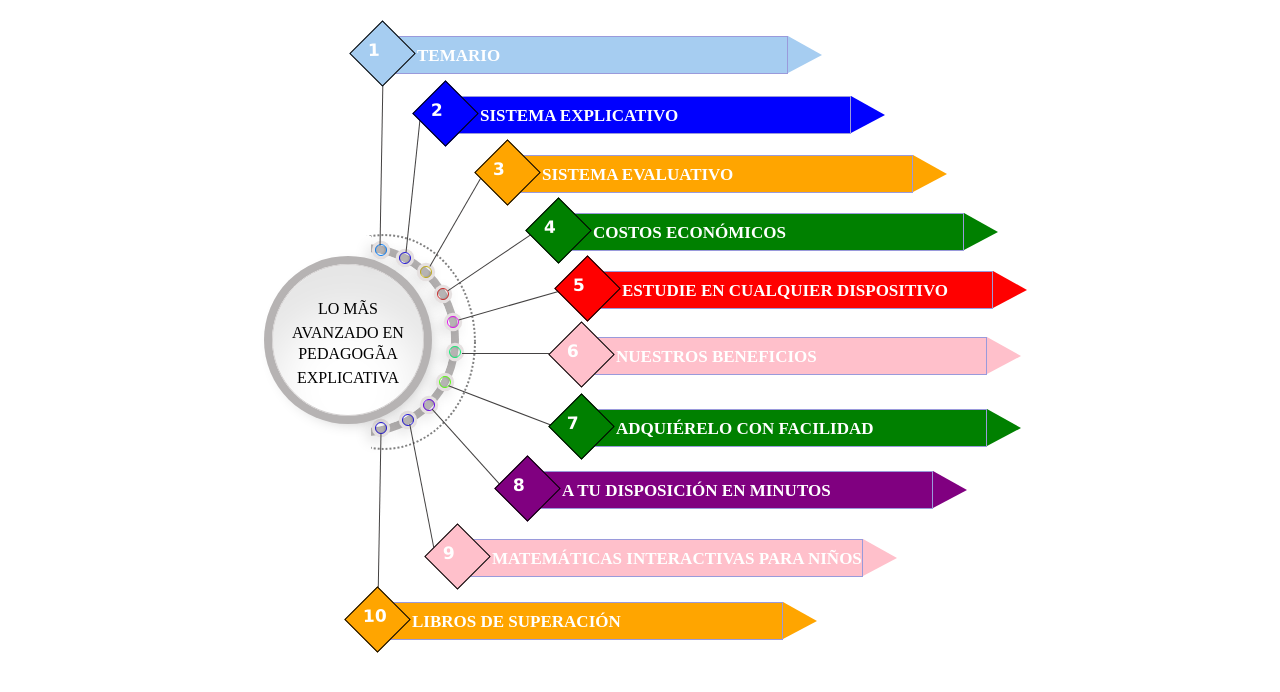
Repository: jennymoreno94/Menu
Page: index.html
These files come from the project's save history. The page is drawn as it stood at one moment and after the next save; the edit follows.
The browser window is 1280 px wide. The pictures show the whole page.

Above is the page before, as saved 2021-08-01 22:25:56.

### index.html
<!DOCTYPE html>
<html lang=”en”>

<head>
  <link rel="stylesheet" href="estilo.css">
  <meta charset=”UTF-8″ />
  <title>Menu</title>
</head>
<body>
  <container>
    <div class="circulo-completo">
      <div class="circle-menu">
        <p>LO MÁS AVANZADO EN PEDAGOGÍA EXPLICATIVA</p>
      </div>
      <div id="circulo" class="circle-menus derecha"></div>
    </div>
    <div class="circle-punto derecha"> </div>
  </container>
</body>
<script type="text/javascript" src="menu.js"></script>

</html>

### estilo.css
:root{
    --color: rgb(154, 154, 219);
}

.circulo-completo {
    margin: 250px;
}

.circle-menu {
    position: relative;
    width: 150px;
    height: 150px;
    border: 1px solid rgb(211, 208, 208);
    border-radius: 50%;
    box-shadow: inset 0 3em 3em rgba(0, 0, 0, 0.1), 0 0 0 0.5rem rgb(182, 179, 179), 0.3em 0.3em 1em rgba(0, 0, 0, 0.3);
    float: left;
    z-index: 7;
    margin: 14px;
}

p {
    padding: 1rem;
    text-align: center;
}

.circle-menus {
    position: relative;
    background-color: gray;
    width: 180px;
    height: 180px;
    border-radius: 50% 50%;
    margin-left: -165px;
    float: left;
    z-index: 6;
}

.circle-menus::before {
    position: absolute;
    content: "";
    top: 1%;
    left: 1%;
    background-color: #fff;
    height: 98%;
    width: 98%;
    border-radius: 50% 50%;
    box-shadow: inset 0 3em 3em rgb(255, 255, 255), 0 0 0 0.5rem rgb(182, 179, 179), 0.3em 0.3em 1em rgb(255, 255, 255);
}

.circle-menus::after {
    position: absolute;
    content: "";
    height: 50%;
    background-color: rgb(255, 255, 255);
    border: 1px solid #fff;
    top: 50%;
    left: 0;
    width: 100%;
    box-shadow: inset 0 3em 3em rgb(255, 255, 255), 0 0 0 0.5rem rgb(255, 255, 255), 0.3em 0.3em 1em rgb(255, 255, 255);
}

.circle-menus.derecha {
    transform: rotate(90deg);
}

.circulo-pequeno {
    position: relative;
    width: 10px;
    height: 10px;
    border-radius: 50%;
    box-shadow: inset 0 0.1rem 0.1rem rgba(0, 0, 0, 0.1), 0 0 0 0.2rem rgb(229, 224, 224), 0.3em 0.3em 1em rgba(0, 0, 0, 0.3);
    float: left;
    z-index: 5;
}

.num1 {
    border: 1px solid rgb(10 124 241);
    margin: 66px 0px 48px -6px;
}

.num::after {
    height: 1px;
    background-color: red;
}

.num2 {
    border: 1px solid rgb(32 20 212);
    margin: 42px 0px 0px -4px;
}

.num3 {
    border: 1px solid rgb(190 169 26);
    margin: 21px 0px 0px 2px;
}

.num4 {
    border: 1px solid rgb(200 41 41);
    margin: 4px 0px 0px 10px;
}

.num5 {
    border: 1px solid rgb(222 19 235);
    margin: -6px 0px 0px 16px;
}

.num6 {
    border: 1px solid rgb(18 235 115);
    margin: -8px 0px 0px 18px;
}

.num7 {
    border: 1px solid rgb(89 249 20);
    margin: 2px 0px 0px 18px;
}

.num8 {
    border: 1px solid rgb(100 3 225);
    margin: 18px 0px 0px 11px;
}

.num9 {
    border: 1px solid rgb(32 20 212);
    margin: 39px -1px 0px 3px;
}

.num10 {
    border: 1px solid rgb(32 20 212);
    margin: 66px -14px 0px -3px;
}

.circle-punto {
    position: relative;
    width: 212px;
    height: 180px;
    border-radius: 50% 50%;
    margin-left: -177px;
    border: 2px dotted gray;
    float: left;
    z-index: 4;
}

.circle-punto::before {
    position: absolute;
    content: "";
    top: 1%;
    left: 1%;
    background-color: #fff;
    height: 98%;
    width: 98%;
    border-radius: 50% 50%;
}

.circle-punto::after {
    position: absolute;
    content: "";
    height: 50%;
    background-color: rgb(255, 255, 255);
    border: 1px dotted #fff;
    top: 57%;
    left: 0;
    width: 100%;
}

.circle-punto.derecha {
    transform: rotate(90deg);
}

.boton-agrupado {
    position: relative;
    float: left;
    z-index: 3;
}

.button-href {
    position: relative;
    width: 400px;
    height: 36px;
    border: 1px solid var(--color);
    background: var(--color);
    display: inline-block;
    color: black;
    text-decoration: none;
    z-index: 1;

}

/*.button-href::before {
  position: absolute;
  content: "";
  width: 45px;
  height: 45px;
  background: var(--color);
  -webkit-transform: rotate(45deg);
  -moz-transform: rotate(45deg);
  -ms-transform: rotate(45deg);
  -o-transform: rotate(45deg);
  transform: rotate(45deg);
  border: 1px solid;
  margin-left: -27px;
  margin-top: -6px;
}*/

.flecha {
    position: absolute;
    content: "";
    border-left: 34px solid var(--color);
    border-top: 19px solid transparent;
    border-bottom: 18px solid transparent;
}

.texto {
    margin-left: 30px;
    margin-top: 9px;
    font-size: 17px;
    color: white;

}

.btn1 {
    transform: translateY(-268px) translateX(-391px) rotate(630deg);
}

.btn2 {
    transform: translateY(-307px) translateX(-339px) rotate(630deg);
}

.btn3 {
    transform: translateY(-348px) translateX(-294px) rotate(630deg);
}

.btn4 {
    transform: translateY(-382px) translateX(-258px) rotate(630deg);
}

.btn5 {
    transform: translateY(-401px) translateX(-228px) rotate(630deg);
}

.btn6 {
    transform: translateY(-393px) translateX(-192px) rotate(630deg);
}

.btn7 {
    transform: translateY(-403px) translateX(-150px) rotate(630deg);
}

.btn8 {
    transform: translateY(-365px) translateX(-111px) rotate(630deg);
}

.btn9 {
    transform: translateY(-316px) translateX(-58px) rotate(630deg);
}

.btn10 {
    transform: translateY(-263px) translateX(-3px) rotate(630deg);
}

.linea {
    position: relative;
    width: 112px;
    height: 47px;
    border-bottom: 1px solid rgb(68, 66, 66);
    float: left;
    z-index: 2;
}

.linea1 {
    transform: translateY(4px) translateX(-168px) rotate(181deg);
    width: 168px;
}

.linea2 {
    transform: translateY(-4px) translateX(-143px) rotate(186deg);
    width: 140px;
}

.linea3 {
    transform: translateY(-30px) translateX(-115px) rotate(210deg);
    width: 110px;
}

.linea4 {
    transform: translateY(-57px) translateX(-105px) rotate(236deg);
}

.linea5 {
    transform: translateY(-72px) translateX(-91px) rotate(254deg);
}

.linea6 {
    transform: translateY(-76px) translateX(-67px) rotate(270deg);
    width: 100px;
}

.linea7 {
    transform: translateY(-86px) translateX(-51px) rotate(291deg);
    width: 118px;
}

.linea8 {
    transform: translateY(-77px) translateX(-21px) rotate(318deg);
}

.linea9 {
    transform: translateY(-11px) translateX(12px) rotate(169deg);
    width: 140px;
}

.linea10 {
    transform: translateY(-41px) translateX(11px) rotate(361deg);
    width: 168px;
}

.text {
    border-radius: 4px;
    font-family: Verdana;
    color: white;
    position: relative;
    overflow: hidden;
    padding: 4px;
    top: 37%;
    transform: translateY(-111%) rotate( 314deg);
    font-size: 17px;
    text-transform: uppercase;
}

.rombo {
    position: absolute;
    content: "";
    width: 45px;
    height: 45px;
    background: var(--color);
    -webkit-transform: rotate(45deg);
    -moz-transform: rotate(45deg);
    -ms-transform: rotate(45deg);
    -o-transform: rotate(45deg);
    transform: rotate(45deg);
    border: 1px solid;
    margin-left: -27px;
    margin-top: -6px;
    z-index: 2;
}

### menu.js
let circulo = document.getElementById("circulo");

function Menu() {
    for (i = 0; i < 10 ; i++ ) {
        let circuloPequeno = document.createElement("div")
        circuloPequeno.classList.add("circulo-pequeno")
        circuloPequeno.classList.add(`num${i+1}`)

        let linea = document.createElement("div")
        linea.classList.add("linea")
        linea.classList.add(`linea${i+1}`)

        let boton = document.createElement("div")
        boton.classList.add("boton-agrupado")
        boton.classList.add(`btn${i+1}`)

        let color=cambiocolor(i+1)

        let spanRombo =document.createElement("span")
        spanRombo.classList.add("rombo")
        spanRombo.classList.add(`span${i+1}`)
        spanRombo.style.setProperty(`background`, color);

        let h3Rombo =document.createElement("h3")
        h3Rombo.classList.add("text")


        let link =document.createElement("a")
        link.classList.add("button-href")
        link.classList.add(`color${i+1}`)
        link.style.setProperty(`background`, color);


        let span =document.createElement("span")
        span.classList.add("flecha")
        span.classList.add(`span${i+1}`)
        span.style.setProperty(`border-left`,`34px solid ${color}`);


        let h3 =document.createElement("h3")
        h3.classList.add("texto")
        let textoFinal = texto(i+1)

        circulo.appendChild(circuloPequeno)
        circuloPequeno.appendChild(linea)
        circuloPequeno.appendChild(boton)
        boton.appendChild(spanRombo)
        boton.appendChild(link)
        boton.appendChild(span)
        link.appendChild(h3)
        spanRombo.appendChild(h3Rombo)
        h3.append(textoFinal);
        h3Rombo.append(i+1);


    }
}


function texto(num) {
    let texto = ''
    switch (num) {
        case 1: texto='TEMARIO'
        break;
        case 2: texto='SISTEMA EXPLICATIVO'
        break;
        case 3: texto='SISTEMA EVALUATIVO'
        break;
        case 4: texto='COSTOS ECONÓMICOS'
        break;
        case 5: texto='ESTUDIE EN CUALQUIER DISPOSITIVO'
        break;
        case 6: texto='NUESTROS BENEFICIOS'
        break;
        case 7: texto='ADQUIÉRELO CON FACILIDAD'
        break;
        case 8: texto='A TU DISPOSICIÓN EN MINUTOS'
        break;
        case 9: texto='MATEMÁTICAS INTERACTIVAS PARA NIÑOS'
        break;
        case 10: texto='LIBROS DE SUPERACIÓN'
        break;
    }

    return texto

}

function cambiocolor(num) {
    debugger;
    let color = ''
    switch (num) {
        case 1: color='rgb(166, 205, 241)'
        break;
        case 2: color='blue'
        break;
        case 3: color='orange'
        break;
        case 4: color='green'
        break;
        case 5: color='red'
        break;
        case 6: color='pink'
        break;
        case 7: color='green'
        break;
        case 8: color='purple'
        break;
        case 9: color='pink'
        break;
        case 10: color='orange'
        break;
    }

    return color

}




document.onload = Menu()

After the next save:
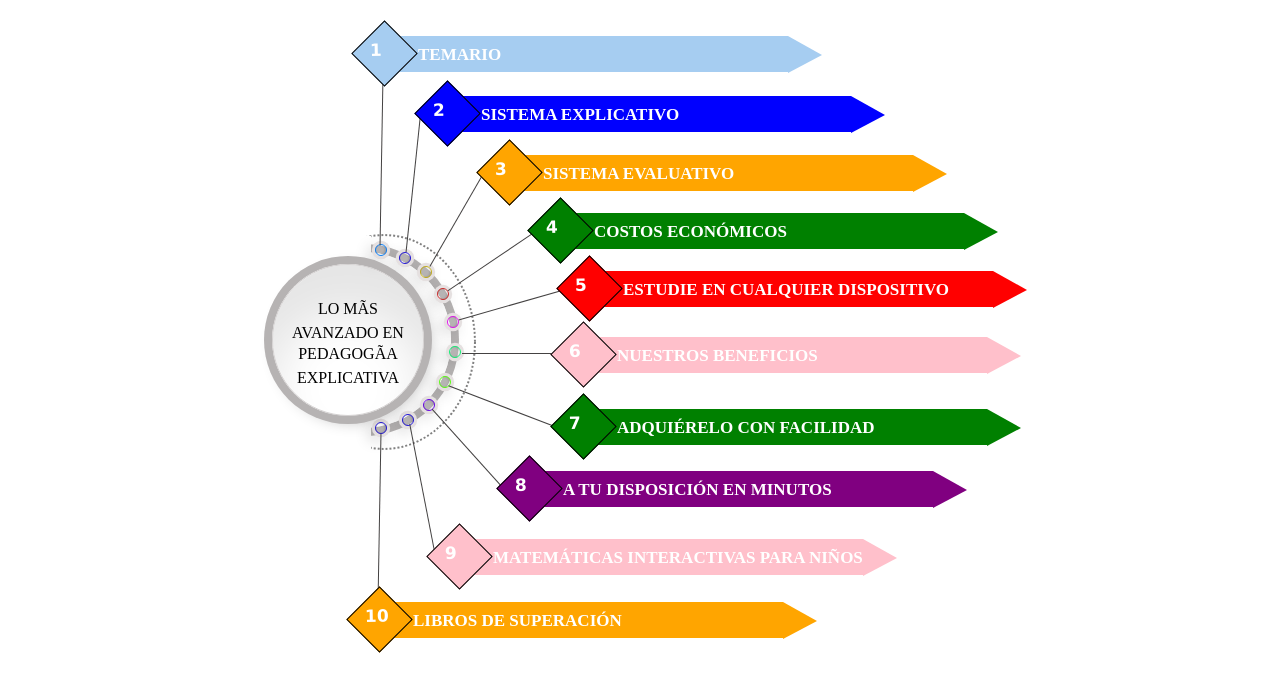
Saved 97 s later.
--- a/estilo.css
+++ b/estilo.css
@@ -1,6 +1,4 @@
-:root{
-    --color: rgb(154, 154, 219);
-}
+
 
 .circulo-completo {
     margin: 250px;
